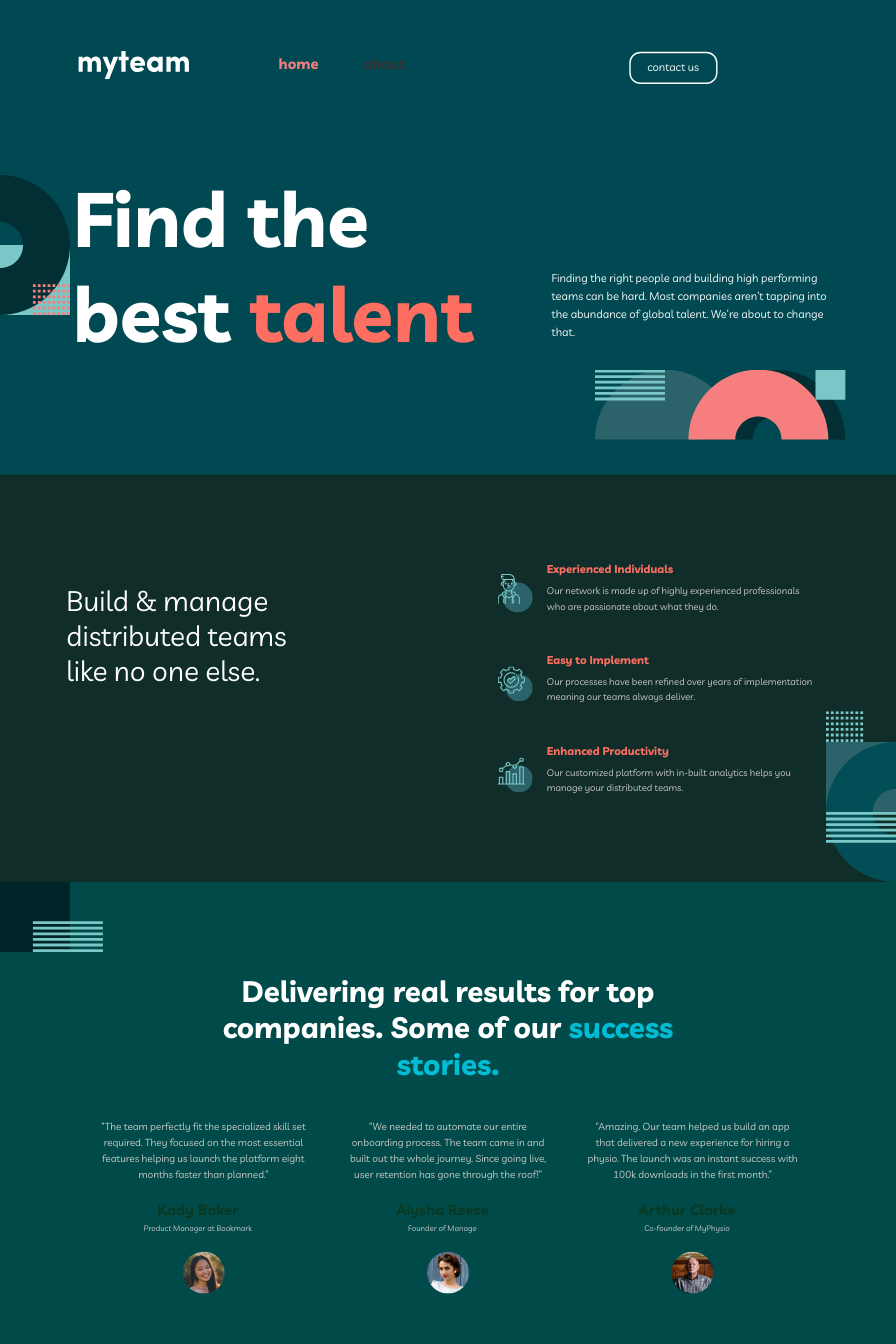
Repository: Gabriel221-dev/Project-page-main
Page: /
The author's editor kept a copy of each file at every save. The page is drawn from the files as they stood at one save, then again after the next save.
The browser window is 1280 px wide. The pictures show the part of the page from y = 0 to 1920 px (the page is 2612 px tall), at 70% of full size.
The project was rebuilt for these pictures with package versions that can differ from the ones it lists, and the page was loaded fresh each time. Also part of the build but not shown: vite.config.js, src/pages/About.css, src/components/DirectorCard.css, src/components/DirectorCard.jsx, src/pages/About.jsx, src/pages/Contact.css, src/pages/Contact.jsx.

Above is the page before, as saved 2024-07-23 18:36:09.

After the next save:
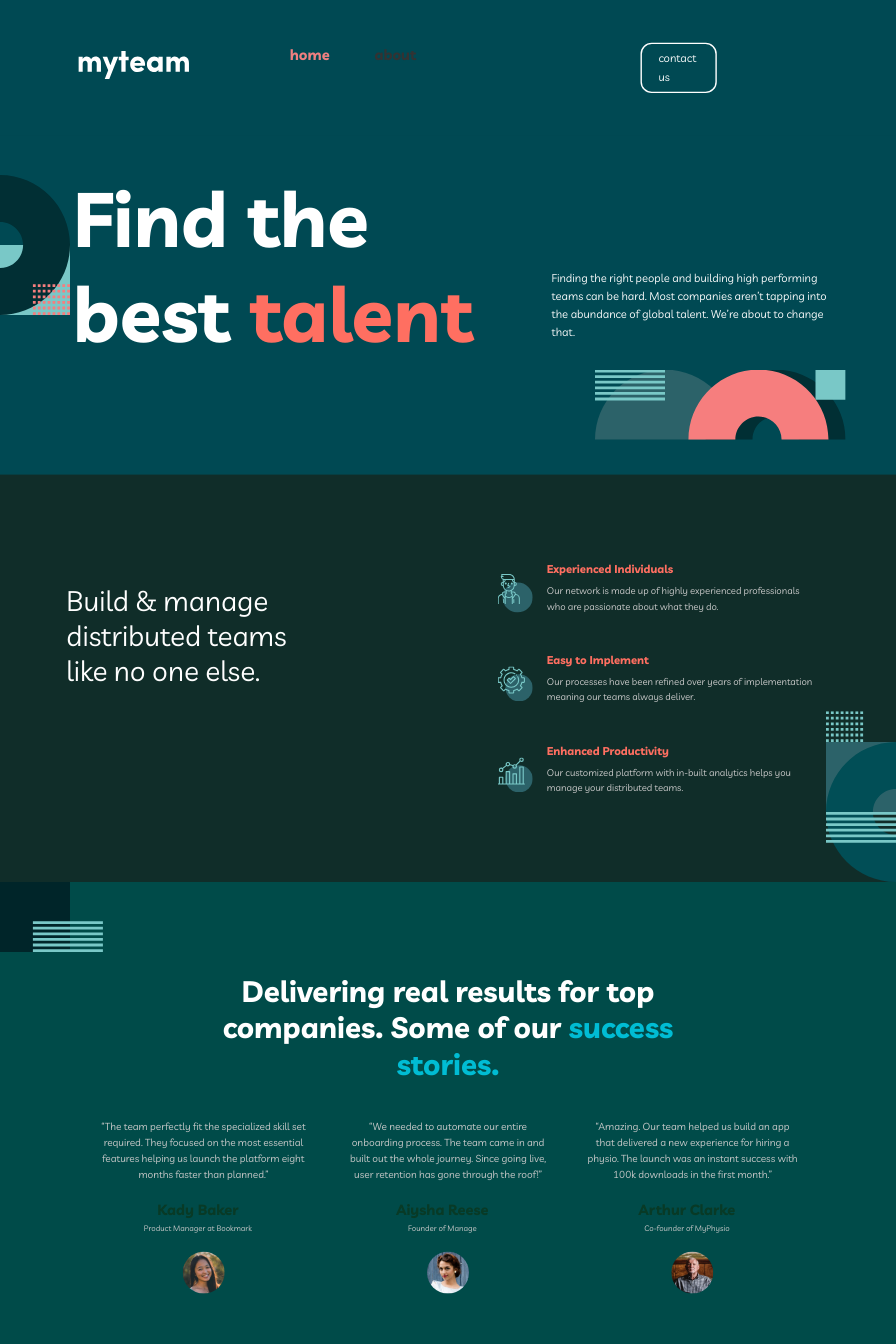
Saved 50 s later.
--- a/src/components/Header.css
+++ b/src/components/Header.css
@@ -53,7 +53,7 @@
   .header__navigation {
     list-style: none;
     display: flex;
-    margin: 0;
+    margin: 1rem;
     padding: 0;
     text-decoration: none;
 

After the save that followed:
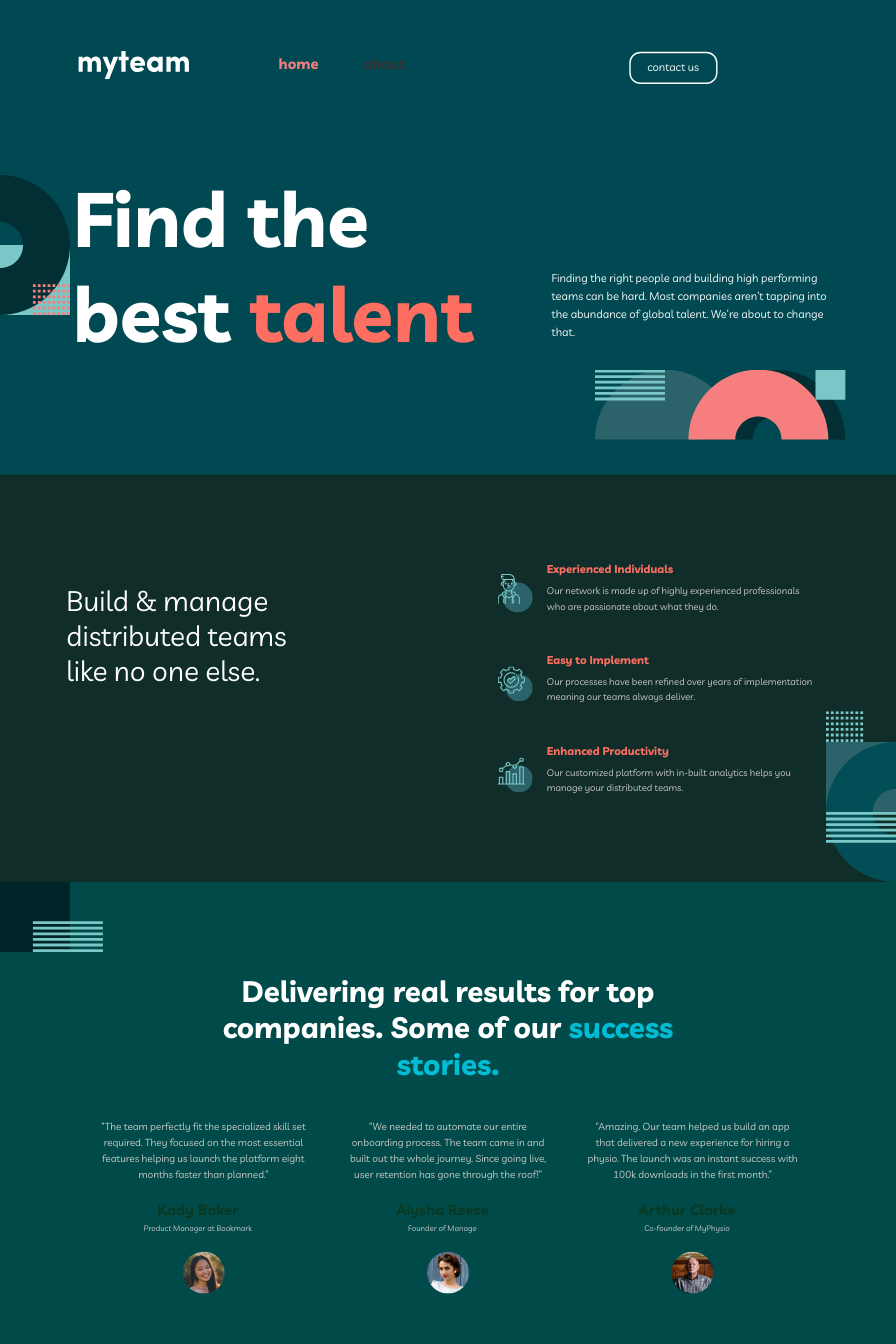
Saved 5 s later.
--- a/src/components/Header.css
+++ b/src/components/Header.css
@@ -53,7 +53,7 @@
   .header__navigation {
     list-style: none;
     display: flex;
-    margin: 1rem;
+    margin: 0;
     padding: 0;
     text-decoration: none;
 
